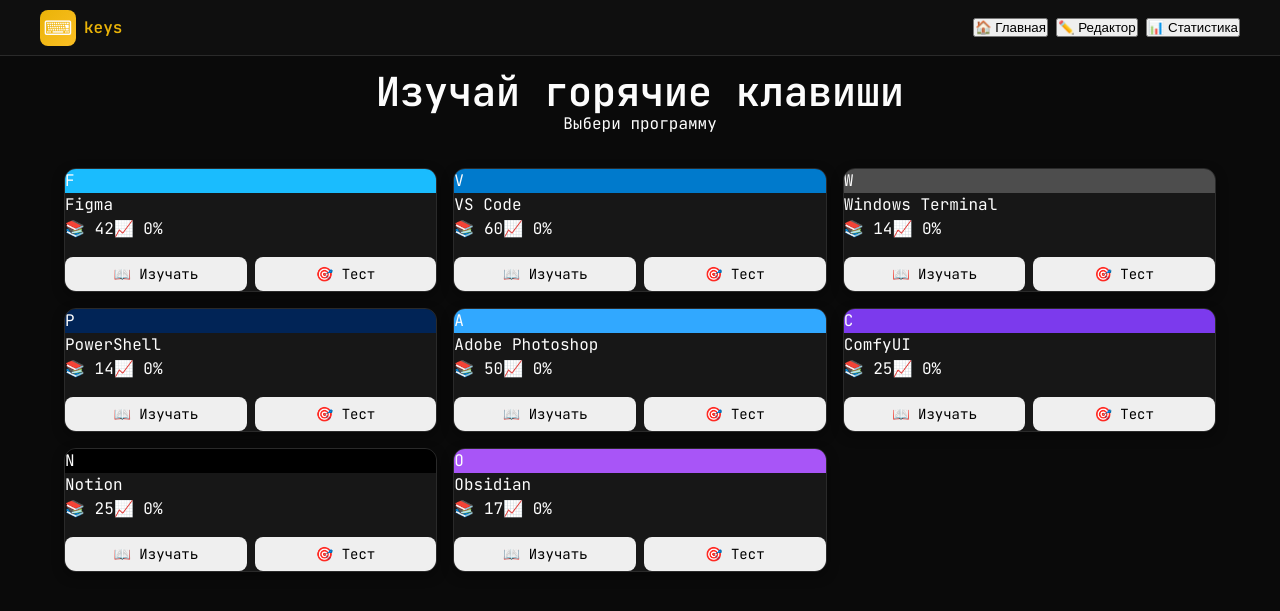
Repository: looksawful/Keys
Page: src/renderer/index.html
The author's editor kept a copy of each file at every save. The page is drawn from the files as they stood at one save, then again after the next save.
The browser window is 1280 px wide. The pictures show the whole page.
Some web fonts or font styles are not loaded; a fallback is used.

Above is the page before, as saved 2026-01-11 03:39:32.

### src/renderer/index.html
<!DOCTYPE html>
<html lang="ru">
<head>
  <meta charset="UTF-8">
  <meta name="viewport" content="width=device-width, initial-scale=1.0">
  <title>keys</title>
  <link rel="preconnect" href="https://fonts.googleapis.com">
  <link rel="preconnect" href="https://fonts.gstatic.com" crossorigin>
  <link href="https://fonts.googleapis.com/css2?family=JetBrains+Mono:wght@400;600&family=Iosevka:wght@400;500;700&display=swap" rel="stylesheet">
  <link rel="stylesheet" href="./styles.css">
</head>
<body>
  <div id="app">
    <header class="app-header">
      <div class="app-header-inner">
        <div class="app-logo">
          <div class="app-logo-icon">⌨</div>
          <span class="app-logo-text">keys</span>
        </div>
        <nav class="app-nav" id="nav"></nav>
      </div>
    </header>
    <main class="app-main" id="main"></main>
    <div id="mroot"></div>
  </div>
  <script src="./data.js"></script>
  <script src="./logic.js"></script>
  <script src="./app.js"></script>
</body>
</html>

### src/renderer/app.js
(function() {
  const { defaultPrograms, colorOptions } = window.hkData;
  const {
    normalizeKey,
    parseKeyCombo,
    compareKeySets,
    createQuizState,
    calcProgramProgress,
    calcAverageScore
  } = window.hkLogic;

  const STORAGE_KEYS = {
    programs: 'hk_p',
    stats: 'hk_s'
  };

  function clonePrograms() {
    return JSON.parse(JSON.stringify(defaultPrograms));
  }

  function loadPrograms() {
    try {
      const raw = localStorage.getItem(STORAGE_KEYS.programs);
      if (raw) {
        const parsed = JSON.parse(raw);
        if (parsed && typeof parsed === 'object' && Object.keys(parsed).length) {
          return parsed;
        }
      }
    } catch (err) {
      // Ignore invalid storage entries.
    }
    return clonePrograms();
  }

  function loadStats() {
    try {
      const raw = localStorage.getItem(STORAGE_KEYS.stats);
      if (raw) {
        const parsed = JSON.parse(raw);
        return {
          h: Array.isArray(parsed.h) ? parsed.h : [],
          t: Number.isFinite(parsed.t) ? parsed.t : 0,
          c: Number.isFinite(parsed.c) ? parsed.c : 0
        };
      }
    } catch (err) {
      // Ignore invalid storage entries.
    }
    return { h: [], t: 0, c: 0 };
  }

  let view = 'home';
  let progs = loadPrograms();
  let st = loadStats();
  let sel = Object.keys(progs)[0] || null;
  let qcfg = { d: 'all', n: 10 };
  let qz = null;
  let res = null;
  let sfil = 'all';
  let eprog = Object.keys(progs)[0] || null;
  let mdl = null;

  function ensureSelectedProgram() {
    if (!sel || !progs[sel]) {
      sel = Object.keys(progs)[0] || null;
    }
  }

  function ensureEditorProgram() {
    if (!eprog || !progs[eprog]) {
      eprog = Object.keys(progs)[0] || null;
    }
  }

  function saveState() {
    localStorage.setItem(STORAGE_KEYS.programs, JSON.stringify(progs));
    localStorage.setItem(STORAGE_KEYS.stats, JSON.stringify(st));
  }

  function go(v, p) {
    view = v;
    if (p) sel = p;
    render();
  }

  function prog(id) {
    return calcProgramProgress(st.h, id);
  }

  function render() {
    ensureSelectedProgram();
    ensureEditorProgram();
    document.getElementById('nav').innerHTML = `
      <button class="nav-b${view === 'home' ? ' on' : ''}" data-action="go" data-view="home">🏠 Главная</button>
      <button class="nav-b${view === 'editor' ? ' on' : ''}" data-action="go" data-view="editor">✏️ Редактор</button>
      <button class="nav-b${view === 'stats' ? ' on' : ''}" data-action="go" data-view="stats">📊 Статистика</button>`;
    const m = document.getElementById('main');
    if (view === 'home') m.innerHTML = homeH();
    else if (view === 'study') m.innerHTML = studyH();
    else if (view === 'setup') m.innerHTML = setupH();
    else if (view === 'quiz') m.innerHTML = quizH();
    else if (view === 'results') m.innerHTML = resultsH();
    else if (view === 'editor') m.innerHTML = editorH();
    else if (view === 'stats') m.innerHTML = statsH();
    document.getElementById('mroot').innerHTML = mdl || '';
  }

  function homeH() {
    return `<div style="text-align:center;margin-bottom:2rem"><h1 style="font-size:2.5rem;font-weight:700;margin-bottom:.5rem">Изучай горячие клавиши</h1><p style="color:var(--text2)">Выбери программу</p></div>
    <div class="grid">${Object.entries(progs).map(([id, p]) => {
      const pr = prog(id);
      return `<div class="card pcard" data-action="open-study" data-program="${id}">
        <div class="phdr"><div class="picon" style="background:${p.color}">${p.name[0]}</div><div class="pname">${p.name}</div></div>
        <div class="pstats"><span>📚 ${p.sc.length}</span><span>📈 ${pr}%</span></div>
        <div class="pbar"><div class="pfill" style="width:${pr}%"></div></div>
        <div style="margin-top:1rem;display:flex;gap:.5rem">
          <button class="btn btn2 btns" style="flex:1" data-action="open-study" data-program="${id}">📖 Изучать</button>
          <button class="btn btn1 btns" style="flex:1" data-action="open-setup" data-program="${id}">🎯 Тест</button>
        </div></div>`;
    }).join('')}</div>`;
  }

  function studyH() {
    if (!sel || !progs[sel]) return '<div class="empty">Нет программы</div>';
    const p = progs[sel];
    const list = p.sc.filter((s) => sfil === 'all' || s.d === sfil);
    return `<div class="stucon"><div class="stuhdr"><button class="back" data-action="go" data-view="home">← Назад</button><button class="btn btn1" data-action="open-setup">🎯 Тест</button></div>
    <div style="display:flex;align-items:center;gap:1rem;margin-bottom:1.5rem"><div class="picon" style="background:${p.color};width:56px;height:56px;font-size:1.75rem">${p.name[0]}</div><div><h2 style="font-size:1.75rem">${p.name}</h2><p style="color:var(--text2)">${p.sc.length} клавиш</p></div></div>
    <div class="fbar">
      <button class="fbtn${sfil === 'all' ? ' on' : ''}" data-action="set-filter" data-filter="all">Все</button>
      <button class="fbtn${sfil === 'easy' ? ' on' : ''}" data-action="set-filter" data-filter="easy">🟢 Лёгкие</button>
      <button class="fbtn${sfil === 'medium' ? ' on' : ''}" data-action="set-filter" data-filter="medium">🟡 Средние</button>
      <button class="fbtn${sfil === 'hard' ? ' on' : ''}" data-action="set-filter" data-filter="hard">🔴 Сложные</button>
    </div>
    <div class="slist">${list.map((s) => `<div class="sitem"><div class="sact">${s.a}</div><div style="display:flex;align-items:center;gap:1rem">
      <div class="skeys">${s.k.map((k) => `<span class="key">${k}</span>`).join('<span class="ksep">+</span>')}</div>
      <span class="diff diff-${s.d[0]}">${s.d === 'easy' ? 'Лёгкий' : s.d === 'medium' ? 'Средний' : 'Сложный'}</span></div></div>`).join('')}</div></div>`;
  }

  function setupH() {
    if (!sel || !progs[sel]) return '<div class="empty">Нет программы</div>';
    const p = progs[sel];
    const max = p.sc.filter((s) => qcfg.d === 'all' || s.d === qcfg.d).length;
    const baseCounts = [5, 10, 15, 20].filter((c) => c <= max);
    const counts = baseCounts.length ? baseCounts : (max ? [max] : []);
    if (!counts.includes(qcfg.n)) {
      qcfg.n = counts[0] || 0;
    }
    return `<div class="setup"><button class="back" data-action="go" data-view="home" style="margin-bottom:1rem">← Назад</button>
    <h2 class="setitle">Тест: ${p.name}</h2>
    <div class="sgrp"><label class="slbl">Сложность</label><div class="sopts">
      <button class="obtn${qcfg.d === 'all' ? ' sel' : ''}" data-action="set-difficulty" data-difficulty="all">Все</button>
      <button class="obtn${qcfg.d === 'easy' ? ' sel' : ''}" data-action="set-difficulty" data-difficulty="easy">🟢 Лёгкие</button>
      <button class="obtn${qcfg.d === 'medium' ? ' sel' : ''}" data-action="set-difficulty" data-difficulty="medium">🟡 Средние</button>
      <button class="obtn${qcfg.d === 'hard' ? ' sel' : ''}" data-action="set-difficulty" data-difficulty="hard">🔴 Сложные</button>
    </div></div>
    <div class="sgrp"><label class="slbl">Вопросов (макс: ${max})</label><div class="sopts">
      ${counts.map((c) => `<button class="obtn${qcfg.n === c ? ' sel' : ''}" data-action="set-count" data-count="${c}">${c}</button>`).join('')}
    </div></div>
    <button class="btn btn1" style="width:100%;margin-top:1rem" data-action="start-quiz"${max === 0 ? ' disabled' : ''}>🚀 Начать</button></div>`;
  }

  function quizH() {
    if (!qz || !qz.qs.length) return '<div class="empty">Нет вопросов</div>';
    const q = qz.qs[qz.i];
    const pct = (qz.i + 1) / qz.qs.length * 100;
    const kh = qz.k.length ? qz.k.map((k) => `<span class="ikey">${k}</span>`).join('<span class="ksep">+</span>') : '<span style="color:var(--text3)">Нажмите клавиши...</span>';
    const cls = qz.sh ? (qz.ok ? ' ok' : ' no') : '';
    return `<div class="qcon"><div class="qprog"><div class="qpbar"><div class="qpfill" style="width:${pct}%"></div></div><span>${qz.i + 1}/${qz.qs.length}</span></div>
    <div class="qcard"><div class="qp">${progs[sel].name}</div><div class="qq">${q.a}</div>
    <div class="qin${cls}">${kh}</div>
    ${qz.sh ? `<div class="qres${qz.ok ? ' ok' : ' no'}">${qz.ok ? '✓ Правильно!' : '✗ Неправильно'}</div>` : ''}
    ${qz.sh && !qz.ok ? `<div class="qans">Ответ: <strong>${q.k.join(' + ')}</strong></div>` : ''}
    <div class="qbtns">${qz.sh ? `<button class="btn btn1" data-action="next-question">${qz.i + 1 >= qz.qs.length ? 'Завершить' : 'Далее →'}</button>` :
      `<button class="btn btn2" data-action="reset-answer">🔄 Сброс</button>
      <button class="btn btn1" data-action="check-answer"${qz.k.length === 0 ? ' disabled' : ''}>✓ Проверить</button>
      <button class="btn btn2" data-action="skip-question">Пропустить →</button>`}</div></div></div>`;
  }

  function resultsH() {
    if (!res) return '';
    const pct = Math.round(res.c / res.t * 100);
    const emoji = pct >= 90 ? '🏆' : pct >= 70 ? '🌟' : pct >= 50 ? '👍' : '💪';
    const title = pct >= 90 ? 'Отлично!' : pct >= 70 ? 'Хорошо!' : pct >= 50 ? 'Неплохо!' : 'Продолжай!';
    return `<div class="rcon"><div class="card rcard"><div class="ricon">${emoji}</div><h2 class="rtitle">${title}</h2><div class="rscore">${pct}%</div>
    <p style="color:var(--text2)">${res.n}</p><div class="rstats">
      <div class="rst"><div class="rstv g">${res.c}</div><div class="rstl">Правильно</div></div>
      <div class="rst"><div class="rstv r">${res.t - res.c}</div><div class="rstl">Ошибок</div></div>
      <div class="rst"><div class="rstv">${res.t}</div><div class="rstl">Всего</div></div>
    </div><div style="display:flex;gap:1rem;justify-content:center">
      <button class="btn btn2" data-action="go" data-view="home">🏠 Главная</button>
      <button class="btn btn1" data-action="restart-quiz">🔄 Ещё раз</button>
    </div></div></div>`;
  }

  function editorH() {
    if (!eprog || !progs[eprog]) return '<div class="empty">Нет программы</div>';
    const p = progs[eprog];
    return `<div class="egrid"><div class="eside"><div class="stitle"><span>Программы</span><button class="btn btn1 btns" data-action="show-program-modal">+ Добавить</button></div>
    <div class="elist">${Object.entries(progs).map(([id, pr]) => `<div class="eitem${eprog === id ? ' on' : ''}" data-action="select-program" data-program="${id}">
      <span style="color:${pr.color}">${pr.name}</span><span style="color:var(--text3)">${pr.sc.length}</span></div>`).join('')}</div></div>
    <div class="emain"><div class="stitle"><div style="display:flex;align-items:center;gap:.75rem">
      <div class="picon" style="background:${p.color};width:40px;height:40px">${p.name[0]}</div><span>${p.name}</span></div>
      <div style="display:flex;gap:.5rem"><button class="btn btn2 btns" data-action="show-program-modal" data-program="${eprog}">✏️</button><button class="btn btn3 btns" data-action="delete-program">🗑️</button></div></div>
    <div style="display:flex;justify-content:space-between;align-items:center;margin:1.5rem 0 1rem">
      <h3 style="color:var(--text2)">Клавиши (${p.sc.length})</h3><button class="btn btn1 btns" data-action="show-shortcut-modal">+ Добавить</button></div>
    <div class="sclist">${p.sc.length ? p.sc.map((s) => `<div class="scitem"><div class="scact">${s.a}<br><span class="diff diff-${s.d[0]}">${s.d === 'easy' ? 'Лёгкий' : s.d === 'medium' ? 'Средний' : 'Сложный'}</span></div>
      <div class="sckeys">${s.k.join(' + ')}</div><div class="scbtns"><button class="ibtn ibtn-e" data-action="show-shortcut-modal" data-shortcut="${s.id}">✏️</button><button class="ibtn ibtn-d" data-action="delete-shortcut" data-shortcut="${s.id}">🗑️</button></div></div>`).join('') : '<div class="empty">Нет клавиш</div>'}</div></div></div>`;
  }

  function statsH() {
    const avg = calcAverageScore(st.h);
    const tot = Object.values(progs).reduce((sum, p) => sum + p.sc.length, 0);
    return `<h2 style="font-size:1.75rem;margin-bottom:1.5rem">📊 Статистика</h2>
    <div class="stgrid"><div class="stcard"><div class="stval">${st.t}</div><div class="stlbl">Тестов</div></div>
    <div class="stcard"><div class="stval">${st.c}</div><div class="stlbl">Правильно</div></div>
    <div class="stcard"><div class="stval">${avg}%</div><div class="stlbl">Средний %</div></div>
    <div class="stcard"><div class="stval">${tot}</div><div class="stlbl">Всего клавиш</div></div></div>
    <div class="card" style="margin-top:2rem"><div style="display:flex;justify-content:space-between;align-items:center;margin-bottom:1rem;flex-wrap:wrap;gap:.5rem">
      <h3>История</h3>
      <div style="display:flex;gap:.5rem">
        <button class="btn btn2 btns" data-action="reset-programs">🔄 Сбросить программы</button>
        <button class="btn btn3 btns" data-action="reset-stats">🗑️ Очистить статистику</button>
      </div>
    </div>
    ${st.h.length ? `<div class="hlist">${st.h.slice().reverse().slice(0, 20).map((h) => {
      const pct = Math.round(h.c / h.t * 100);
      return `<div class="hitem"><div><strong>${h.n}</strong><br><small style="color:var(--text3)">${new Date(h.dt).toLocaleDateString('ru')}</small></div>
      <div style="color:${pct >= 70 ? 'var(--green)' : 'var(--red)'};font-weight:600">${h.c}/${h.t} (${pct}%)</div></div>`;
    }).join('')}</div>` : '<div class="empty">Нет истории</div>'}</div>`;
  }

  function showPM(edit) {
    const p = edit && progs[edit] ? progs[edit] : null;
    const editId = p ? edit : '';
    mdl = `<div class="mbg" data-action="close-modal"><div class="modal" data-action="modal-body">
    <h2 class="mtitle">${p ? 'Редактировать' : 'Новая программа'}</h2>
    <div class="fg"><label class="fl">Название</label><input class="fi" id="mn" value="${p ? p.name : ''}"></div>
    <div class="fg"><label class="fl">Цвет</label><div class="colors">${colorOptions.map((c) => `<div class="copt${p && p.color === c ? ' sel' : ''}" style="background:${c}" data-action="select-color" data-color="${c}"></div>`).join('')}</div></div>
    <div class="mbtns"><button class="btn btn2" data-action="close-modal">Отмена</button><button class="btn btn1" data-action="save-program" data-program="${editId}">${p ? 'Сохранить' : 'Создать'}</button></div></div></div>`;
    render();
  }

  function showSM(edit) {
    if (!eprog || !progs[eprog]) return;
    const p = progs[eprog];
    const s = edit ? p.sc.find((x) => x.id === edit) : null;
    const editId = s ? s.id : 0;
    mdl = `<div class="mbg" data-action="close-modal"><div class="modal" data-action="modal-body">
    <h2 class="mtitle">${s ? 'Редактировать' : 'Новая клавиша'}</h2>
    <div class="fg"><label class="fl">Действие</label><input class="fi" id="ma" value="${s ? s.a : ''}"></div>
    <div class="fg"><label class="fl">Клавиши (через +)</label><input class="fi" id="mk" value="${s ? s.k.join(' + ') : ''}"></div>
    <div class="fg"><label class="fl">Сложность</label><select class="fsel" id="md">
      <option value="easy"${s && s.d === 'easy' ? ' selected' : ''}>Лёгкий</option>
      <option value="medium"${s && s.d === 'medium' ? ' selected' : ''}>Средний</option>
      <option value="hard"${s && s.d === 'hard' ? ' selected' : ''}>Сложный</option></select></div>
    <div class="mbtns"><button class="btn btn2" data-action="close-modal">Отмена</button><button class="btn btn1" data-action="save-shortcut" data-shortcut="${editId}">${s ? 'Сохранить' : 'Добавить'}</button></div></div></div>`;
    render();
  }

  function startQ() {
    ensureSelectedProgram();
    if (!sel || !progs[sel]) return;
    const p = progs[sel];
    qz = createQuizState(p.sc, { difficulty: qcfg.d, count: qcfg.n });
    res = null;
    go('quiz');
  }

  function handleKeydown(e) {
    // Закрыть модальное окно по Escape
    if (mdl && e.key === 'Escape') {
      mdl = null;
      render();
      return;
    }

    // Enter в модальных окнах для сохранения
    if (mdl && e.key === 'Enter') {
      const saveBtn = document.querySelector('[data-action="save-program"], [data-action="save-shortcut"]');
      if (saveBtn) {
        saveBtn.click();
        return;
      }
    }

    if (view !== 'quiz' || !qz || qz.sh) return;
    if (e.repeat) return;
    e.preventDefault();
    const key = normalizeKey(e.key);
    if (!qz.k.includes(key)) {
      qz.k.push(key);
      render();
    }
  }

  function checkQ() {
    if (!qz || !qz.qs.length) return;
    const q = qz.qs[qz.i];
    qz.ok = compareKeySets(qz.k, q.k);
    qz.sh = true;
    if (qz.ok) qz.c += 1;
    render();
  }

  function skipQ() {
    nextQ();
  }

  function nextQ() {
    if (!qz || !qz.qs.length) {
      go('home');
      return;
    }
    if (qz.i + 1 >= qz.qs.length) {
      res = { p: sel, n: progs[sel].name, c: qz.c, t: qz.qs.length, dt: new Date().toISOString() };
      if (res.t) {
        st.h.push(res);
        st.t += 1;
        st.c += res.c;
        saveState();
      }
      go('results');
    } else {
      qz.i += 1;
      qz.k = [];
      qz.sh = false;
      qz.ok = false;
      render();
    }
  }

  function saveP(edit) {
    const name = document.getElementById('mn')?.value.trim();
    const color = document.querySelector('.copt.sel')?.dataset.color || colorOptions[0];
    if (!name) return;
    if (edit && progs[edit]) {
      progs[edit].name = name;
      progs[edit].color = color;
    } else {
      let id = name.toLowerCase().replace(/\s+/g, '_').replace(/[^a-z0-9_]/g, '') || `p${Date.now()}`;
      if (progs[id]) {
        id = `${id}_${Date.now()}`;
      }
      progs[id] = { name, color, sc: [] };
      eprog = id;
      sel = id;
    }
    mdl = null;
    saveState();
    render();
  }

  function delP() {
    if (Object.keys(progs).length <= 1) {
      alert('Нельзя удалить последнюю');
      return;
    }
    if (confirm('Удалить?')) {
      const removed = eprog;
      delete progs[eprog];
      eprog = Object.keys(progs)[0] || null;
      if (sel === removed) {
        sel = eprog;
      }
      saveState();
      render();
    }
  }

  function saveS(edit) {
    const a = document.getElementById('ma')?.value.trim();
    const ks = document.getElementById('mk')?.value.trim();
    const d = document.getElementById('md')?.value || 'easy';
    if (!a) {
      alert('Введите название действия');
      return;
    }
    if (!ks) {
      alert('Введите комбинацию клавиш');
      return;
    }
    const k = parseKeyCombo(ks);
    if (!k.length) {
      alert('Некорректная комбинация клавиш');
      return;
    }
    const p = progs[eprog];
    if (!p) return;

    // Проверка на дубликаты
    const duplicate = p.sc.find((s) => {
      if (edit && s.id === edit) return false;
      return compareKeySets(s.k, k);
    });
    if (duplicate) {
      alert(`Такая комбинация уже существует: "${duplicate.a}"`);
      return;
    }

    if (edit) {
      const s = p.sc.find((x) => x.id === edit);
      if (s) {
        s.a = a;
        s.k = k;
        s.d = d;
      }
    } else {
      const mx = p.sc.reduce((m, s) => Math.max(m, s.id), 0);
      p.sc.push({ id: mx + 1, a, k, d });
    }
    mdl = null;
    saveState();
    render();
  }

  function delS(id) {
    if (!eprog || !progs[eprog]) return;
    if (confirm('Удалить?')) {
      progs[eprog].sc = progs[eprog].sc.filter((s) => s.id !== id);
      saveState();
      render();
    }
  }

  function handleClick(event) {
    const actionEl = event.target.closest('[data-action]');
    if (!actionEl) return;
    const action = actionEl.dataset.action;

    if (action === 'modal-body') {
      event.stopPropagation();
      return;
    }

    if (action === 'close-modal') {
      mdl = null;
      render();
      return;
    }

    if (action === 'select-color') {
      document.querySelectorAll('.copt').forEach((el) => el.classList.remove('sel'));
      actionEl.classList.add('sel');
      return;
    }

    switch (action) {
      case 'go':
        go(actionEl.dataset.view);
        break;
      case 'open-study':
        if (actionEl.dataset.program) sel = actionEl.dataset.program;
        go('study');
        break;
      case 'open-setup':
        if (actionEl.dataset.program) sel = actionEl.dataset.program;
        go('setup');
        break;
      case 'set-filter':
        sfil = actionEl.dataset.filter || 'all';
        render();
        break;
      case 'set-difficulty':
        qcfg.d = actionEl.dataset.difficulty || 'all';
        render();
        break;
      case 'set-count':
        qcfg.n = Number(actionEl.dataset.count) || qcfg.n;
        render();
        break;
      case 'start-quiz':
        startQ();
        break;
      case 'reset-answer':
        if (qz) {
          qz.k = [];
          render();
        }
        break;
      case 'check-answer':
        checkQ();
        break;
      case 'skip-question':
        skipQ();
        break;
      case 'next-question':
        nextQ();
        break;
      case 'restart-quiz':
        startQ();
        break;
      case 'show-program-modal':
        showPM(actionEl.dataset.program || null);
        break;
      case 'select-program':
        if (actionEl.dataset.program) {
          eprog = actionEl.dataset.program;
          render();
        }
        break;
      case 'delete-program':
        delP();
        break;
      case 'show-shortcut-modal':
        showSM(actionEl.dataset.shortcut ? Number(actionEl.dataset.shortcut) : null);
        break;
      case 'delete-shortcut':
        delS(Number(actionEl.dataset.shortcut));
        break;
      case 'save-program':
        saveP(actionEl.dataset.program || '');
        break;
      case 'save-shortcut':
        saveS(Number(actionEl.dataset.shortcut || 0));
        break;
      case 'reset-stats':
        if (confirm('Очистить всю статистику и историю?')) {
          st = { h: [], t: 0, c: 0 };
          saveState();
          render();
        }
        break;
      case 'reset-programs':
        if (confirm('Сбросить все программы к значениям по умолчанию?')) {
          progs = clonePrograms();
          eprog = Object.keys(progs)[0] || null;
          sel = eprog;
          saveState();
          render();
        }
        break;
      default:
        break;
    }
  }

  document.addEventListener('click', handleClick);
  document.addEventListener('keydown', handleKeydown);

  render();
})();

Loaded but not shown: src/renderer/data.js (325 lines, source omitted); src/renderer/logic.js (294 lines, source omitted); src/renderer/styles.css (1378 lines, source omitted)

After the next save:
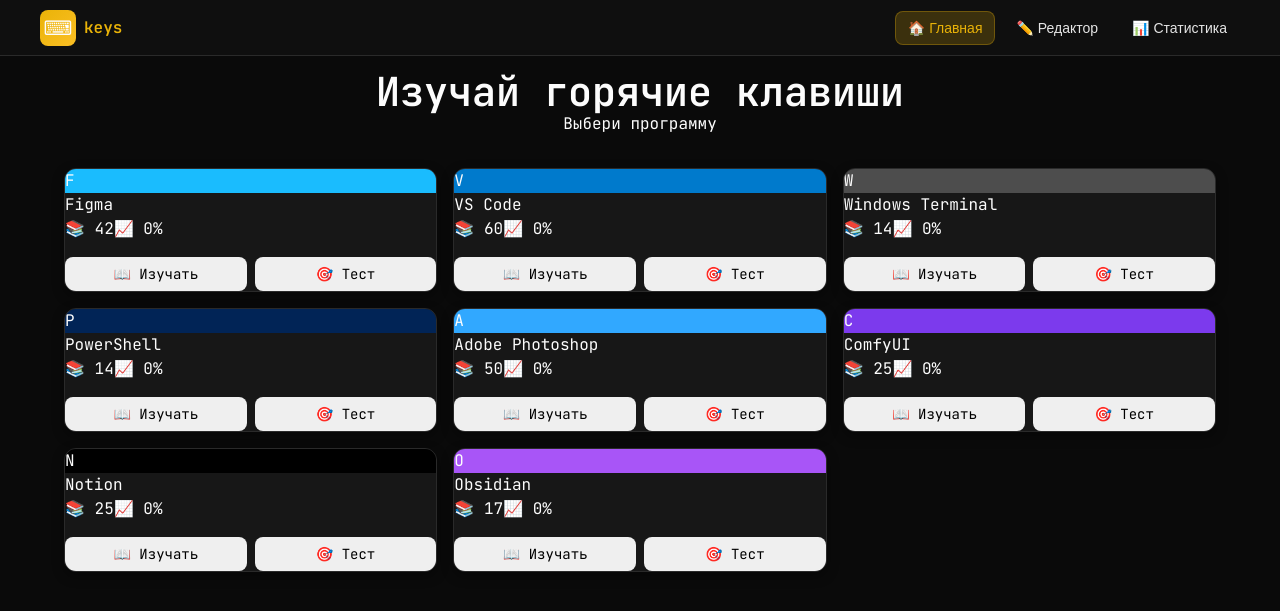
Saved 7 s later.
--- a/src/renderer/app.js
+++ b/src/renderer/app.js
@@ -92,9 +92,9 @@
     ensureSelectedProgram();
     ensureEditorProgram();
     document.getElementById('nav').innerHTML = `
-      <button class="nav-b${view === 'home' ? ' on' : ''}" data-action="go" data-view="home">🏠 Главная</button>
-      <button class="nav-b${view === 'editor' ? ' on' : ''}" data-action="go" data-view="editor">✏️ Редактор</button>
-      <button class="nav-b${view === 'stats' ? ' on' : ''}" data-action="go" data-view="stats">📊 Статистика</button>`;
+      <button class="app-nav-link${view === 'home' ? ' active' : ''}" data-action="go" data-view="home">🏠 Главная</button>
+      <button class="app-nav-link${view === 'editor' ? ' active' : ''}" data-action="go" data-view="editor">✏️ Редактор</button>
+      <button class="app-nav-link${view === 'stats' ? ' active' : ''}" data-action="go" data-view="stats">📊 Статистика</button>`;
     const m = document.getElementById('main');
     if (view === 'home') m.innerHTML = homeH();
     else if (view === 'study') m.innerHTML = studyH();
